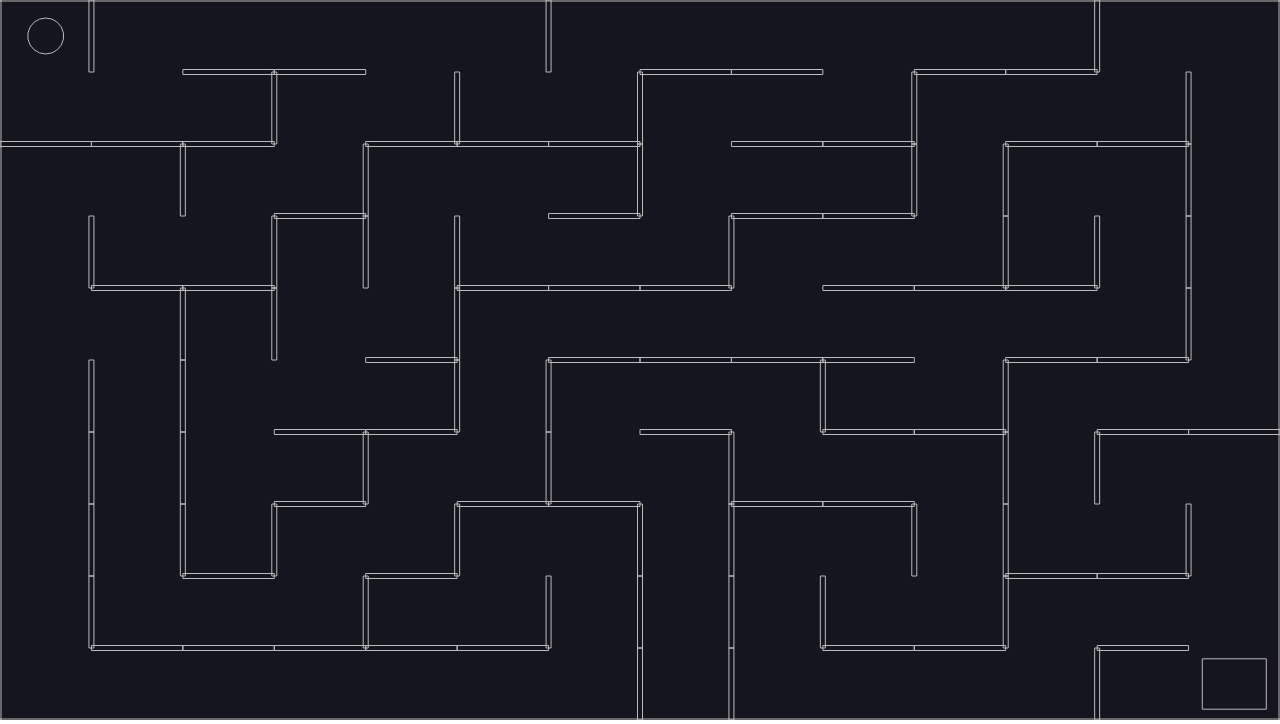
Repository: zhapar/JS-Bootcamp
Page: 3. Maze/index.html
The author's editor kept a copy of each file at every save. The page is drawn from the files as they stood at one save, then again after the next save.
The browser window is 1280 px wide. The pictures show the whole page.
Some web libraries are served in a nearby version.

Above is the page before, as saved 2020-07-17 17:42:42.

### 3. Maze/index.html
<!DOCTYPE html>
<html lang="en">
  <head>
    <meta charset="UTF-8" />
    <meta name="viewport" content="width=device-width, initial-scale=1.0" />
    <script
      src="https://cdnjs.cloudflare.com/ajax/libs/matter-js/0.14.2/matter.min.js"
      integrity="sha512-pi0tSRZdlNRZeANPwdAIHRAYg6gZZV6QlAiyHXn5TYqLzBKE9jlttO/QgYLMhISD6oNv2kPsVelx+n5nw0FqKA=="
      crossorigin="anonymous"
    ></script>
    <title>Maze</title>
    <style>
      * {
        margin: 0;
        padding: 0;
        overflow: hidden;
      }
    </style>
  </head>

  <body>
    <script src="app.js"></script>
  </body>
</html>

### 3. Maze/app.js
const {
  Engine,
  Render,
  Runner,
  World,
  Bodies,
  Body,
  Events,
  // Mouse, *For  mouse*
  // MouseConstraint,
} = Matter;

const cellsHorizontal = 14;
const cellsVertical = 10;
const width = window.innerWidth;
const height = window.innerHeight;

const unitLengthX = width / cellsHorizontal;
const unitLengthY = height / cellsVertical;

const engine = Engine.create();

// Remove grvity from y axis
engine.world.gravity.y = 0;

const { world } = engine;
const render = Render.create({
  element: document.body,
  engine: engine,
  options: {
    // wireframes: false,
    width,
    height,
  },
});

Render.run(render);
Runner.run(Runner.create(), engine);

//  ** To move shapes with mouse **
// World.add(
//   world,
//   MouseConstraint.create(engine, {
//     mouse: Mouse.create(render.canvas),
//   })
// );

// Walls
const walls = [
  Bodies.rectangle(width / 2, 0, width, 2, { isStatic: true }),
  Bodies.rectangle(width / 2, height, width, 2, { isStatic: true }),
  Bodies.rectangle(0, height / 2, 2, height, { isStatic: true }),
  Bodies.rectangle(width, height / 2, 2, height, { isStatic: true }),
];
World.add(world, walls);

// To create a random shapes
// for (let i = 0; i < 50; i++) {
//   if (Math.random() > 0.5) {
//     World.add(
//       world,
//       Bodies.rectangle(Math.random() * width, Math.random() * height, 50, 50)
//     );
//   } else {
//     World.add(
//       world,
//       Bodies.circle(Math.random() * width, Math.random() * height, 35, {
//         render: {
//           fillStyle: "red",
//         },
//       })
//     );
//   }
// }

// Maze generation

const shuffle = (arr) => {
  let counter = arr.length;

  while (counter > 0) {
    const index = Math.floor(Math.random() * counter);

    counter--;

    const temp = arr[counter];
    arr[counter] = arr[index];
    arr[index] = temp;
  }

  return arr;
};

const grid = Array(cellsVertical)
  .fill(null)
  .map(() => Array(cellsHorizontal).fill(false));

const verticals = Array(cellsVertical)
  .fill(null)
  .map(() => Array(cellsHorizontal - 1).fill(false));

const horizontals = Array(cellsVertical - 1)
  .fill(null)
  .map(() => Array(cellsHorizontal).fill(false));

const startRow = Math.floor(Math.random() * cellsVertical);
const startColumn = Math.floor(Math.random() * cellsHorizontal);

const stepThroughCell = (row, column) => {
  // If i have visited the cell at [row, column], then return
  if (grid[row][column]) {
    return;
  }

  // Mark this cell as being visited
  grid[row][column] = true;

  // Assemble randomly-ordered lisy of neighbors
  const neighbors = shuffle([
    [row - 1, column, "up"],
    [row, column + 1, "right"],
    [row + 1, column, "down"],
    [row, column - 1, "left"],
  ]);

  // For each neighbor
  for (let neighbor of neighbors) {
    const [nextRow, nextColumn, direction] = neighbor;

    // See if that neighbour out of the bounds
    if (
      nextRow < 0 ||
      nextRow >= cellsVertical ||
      nextColumn < 0 ||
      nextColumn >= cellsHorizontal
    ) {
      continue;
    }

    // If we have visited that neighbor, continue to next neighbor
    if (grid[nextRow][nextColumn]) {
      continue;
    }

    // Remove a wall from either horizontals or verticals
    if (direction === "left") {
      verticals[row][column - 1] = true;
    } else if (direction === "right") {
      verticals[row][column] = true;
    } else if (direction === "up") {
      horizontals[row - 1][column] = true;
    } else if (direction === "down") {
      horizontals[row][column] = true;
    }

    // Visit that next cell
    stepThroughCell(nextRow, nextColumn);
  }
};

stepThroughCell(startRow, startColumn);

horizontals.forEach((row, rowIndex) => {
  row.forEach((open, columnIndex) => {
    if (open) {
      return;
    }

    const wall = Bodies.rectangle(
      columnIndex * unitLengthX + unitLengthX / 2,
      rowIndex * unitLengthY + unitLengthY,
      unitLengthX,
      5,
      {
        label: "wall",
        isStatic: true,
      }
    );

    World.add(world, wall);
  });
});

verticals.forEach((row, rowIndex) => {
  row.forEach((open, columnIndex) => {
    if (open) {
      return;
    }

    const wall = Bodies.rectangle(
      columnIndex * unitLengthX + unitLengthX,
      rowIndex * unitLengthY + unitLengthY / 2,
      5,
      unitLengthY,
      { label: "wall", isStatic: true }
    );

    World.add(world, wall);
  });
});

const goal = Bodies.rectangle(
  width - unitLengthX / 2,
  height - unitLengthY / 2,
  unitLengthX * 0.7,
  unitLengthY * 0.7,
  { isStatic: true, label: "goal" }
);

World.add(world, goal);

const ballRadius = Math.min(unitLengthX, unitLengthY) / 4;
const ball = Bodies.circle(unitLengthX / 2, unitLengthY / 2, ballRadius, {
  label: "ball",
});
World.add(world, ball);

document.addEventListener("keydown", moveBall);

function moveBall(e) {
  const { x, y } = ball.velocity;

  if (e.keyCode === 87 || e.keyCode === 38) {
    Body.setVelocity(ball, { x, y: y - 5 });
  }
  if (e.keyCode === 68 || e.keyCode === 39) {
    Body.setVelocity(ball, { x: x + 5, y });
  }
  if (e.keyCode === 83 || e.keyCode === 40) {
    Body.setVelocity(ball, { x, y: y + 5 });
  }
  if (e.keyCode === 65 || e.keyCode === 37) {
    Body.setVelocity(ball, { x: x - 5, y });
  }
}

Events.on(engine, "collisionStart", (event) => {
  event.pairs.forEach((collision) => {
    const labels = ["ball", "goal"];

    if (
      labels.includes(collision.bodyA.label) &&
      labels.includes(collision.bodyB.label)
    ) {
      world.gravity.y = 1;
      world.bodies.forEach((body) => {
        if (body.label === "wall") {
          Body.setStatic(body, false);
        }
      });
    }
  });
});

After the next save:
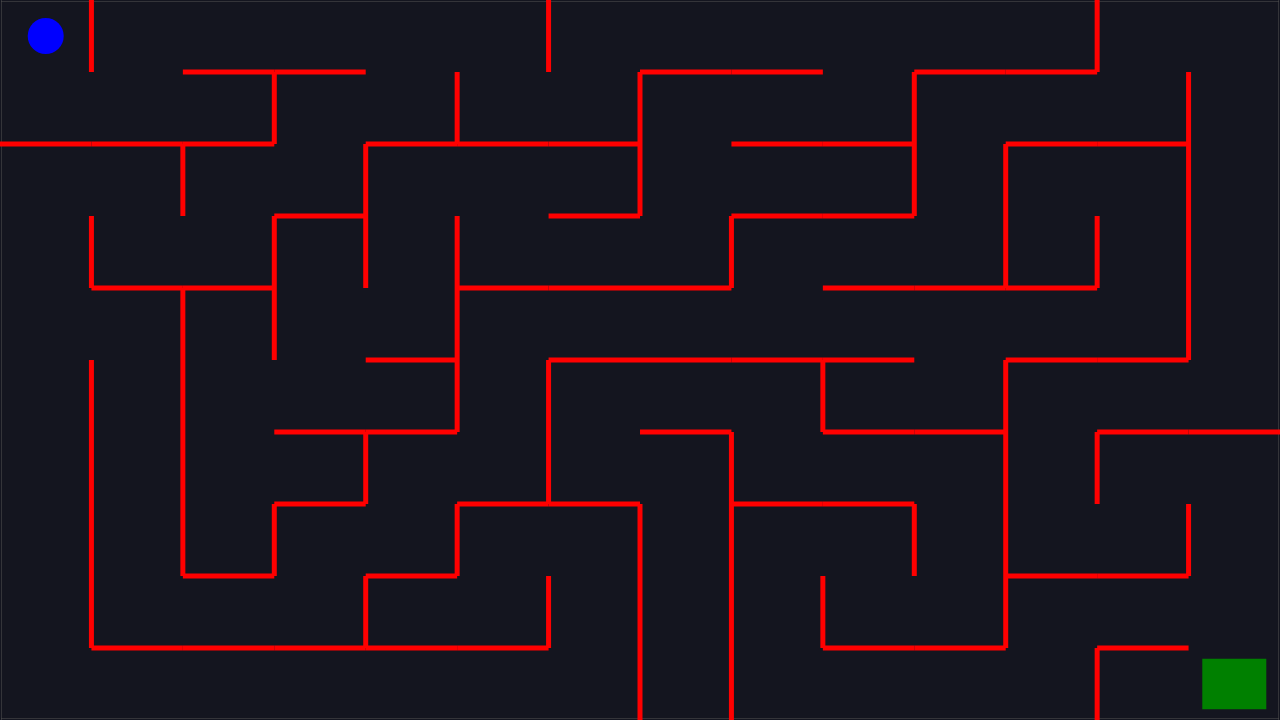
Saved 5 min 47 s later.
--- a/3. Maze/app.js
+++ b/3. Maze/app.js
@@ -28,7 +28,7 @@ const render = Render.create({
   element: document.body,
   engine: engine,
   options: {
-    // wireframes: false,
+    wireframes: false,
     width,
     height,
   },
@@ -174,6 +174,9 @@ horizontals.forEach((row, rowIndex) => {
       {
         label: "wall",
         isStatic: true,
+        render: {
+          fillStyle: "red",
+        },
       }
     );
 
@@ -192,7 +195,13 @@ verticals.forEach((row, rowIndex) => {
       rowIndex * unitLengthY + unitLengthY / 2,
       5,
       unitLengthY,
-      { label: "wall", isStatic: true }
+      {
+        label: "wall",
+        isStatic: true,
+        render: {
+          fillStyle: "red",
+        },
+      }
     );
 
     World.add(world, wall);
@@ -204,7 +213,13 @@ const goal = Bodies.rectangle(
   height - unitLengthY / 2,
   unitLengthX * 0.7,
   unitLengthY * 0.7,
-  { isStatic: true, label: "goal" }
+  {
+    isStatic: true,
+    label: "goal",
+    render: {
+      fillStyle: "green",
+    },
+  }
 );
 
 World.add(world, goal);
@@ -212,6 +227,9 @@ World.add(world, goal);
 const ballRadius = Math.min(unitLengthX, unitLengthY) / 4;
 const ball = Bodies.circle(unitLengthX / 2, unitLengthY / 2, ballRadius, {
   label: "ball",
+  render: {
+    fillStyle: "blue",
+  },
 });
 World.add(world, ball);
 
